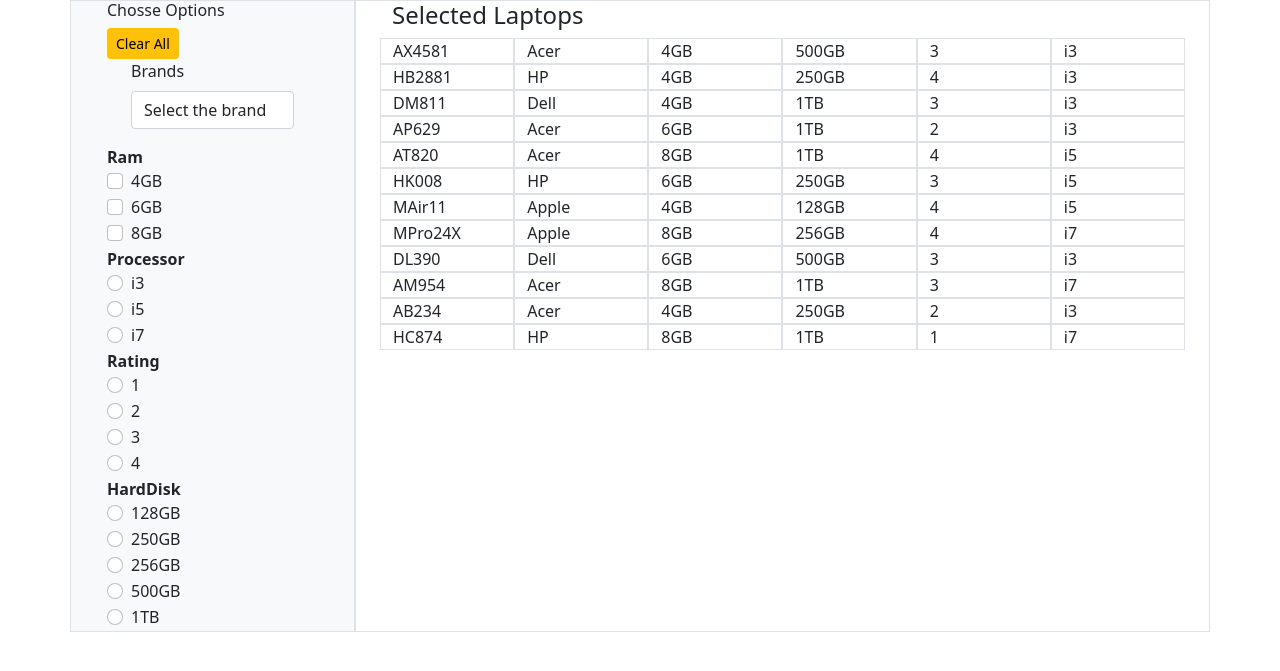
Repository: Sanjayjangra88/combo_app
Page: /
These files come from the project's save history. The page is drawn as it stood at one moment and after the next save; the edit follows.
The browser window is 1280 px wide. The pictures show the whole page.
Some web libraries are served in a nearby version. The project was rebuilt for these pictures with package versions that can differ from the ones it lists, and the page was loaded fresh each time. Also part of the build but not shown: src/App.js.

Above is the page before, as saved 2022-06-03 15:35:47.

### public/index.html
<!DOCTYPE html>
<html lang="en">
  <head>
    <meta charset "UTF-8" />
    <link rel="icon" href="%PUBLIC_URL%/favicon.ico" />
    <meta name="viewport" content="width=device-width, initial-scale=1" />
    <meta name="theme-color" content="#000000" />
    <meta
      name="description"
      content="Web site created using create-react-app"
    />
    <link rel="apple-touch-icon" href="%PUBLIC_URL%/logo192.png" />
    <!--
      manifest.json provides metadata used when your web app is installed on a
      user's mobile device or desktop. See https://developers.google.com/web/fundamentals/web-app-manifest/
    -->
    <link rel="manifest" href="%PUBLIC_URL%/manifest.json" />
    <link href="https://cdn.jsdelivr.net/npm/bootstrap@5.0.2/dist/css/bootstrap.min.css" rel="stylesheet" integrity="sha384-EVSTQN3/azprG1Anm3QDgpJLIm9Nao0Yz1ztcQTwFspd3yD65VohhpuuCOmLASjC" crossorigin="anonymous">
    <!--
      Notice the use of %PUBLIC_URL% in the tags above.
      It will be replaced with the URL of the `public` folder during the build.
      Only files inside the `public` folder can be referenced from the HTML.

      Unlike "/favicon.ico" or "favicon.ico", "%PUBLIC_URL%/favicon.ico" will
      work correctly both with client-side routing and a non-root public URL.
      Learn how to configure a non-root public URL by running `npm run build`.
    -->
    <!-- Bootstrap CSS -->
    <link rel="stylesheet" href="https://cdn.jsdelivr.net/npm/bootstrap@4.0.0/dist/css/bootstrap.min.css" integrity="sha384-Gn5384xqQ1aoWXA+058RXPxPg6fy4IWvTNh0E263XmFcJlSAwiGgFAW/dAiS6JXm" crossorigin="anonymous">

    <title>React App</title>
  </head>
  <body>
    <noscript>You need to enable JavaScript to run this app.</noscript>
    <div id="root"></div>
    <script src="https://kit.fontawesome.com/9e06ebf41f.js" crossorigin="anonymous"></script>
    <!--
      This HTML file is a template.
      If you open it directly in the browser, you will see an empty page.

      You can add webfonts, meta tags, or analytics to this file.
      The build step will place the bundled scripts into the <body> tag.

      To begin the development, run `npm start` or `yarn start`.
      To create a production bundle, use `npm run build` or `yarn build`.
    -->
    <script src="https://code.jquery.com/jquery-3.2.1.slim.min.js" integrity="sha384-KJ3o2DKtIkvYIK3UENzmM7KCkRr/rE9/Qpg6aAZGJwFDMVNA/GpGFF93hXpG5KkN" crossorigin="anonymous"></script>
    <script src="https://cdn.jsdelivr.net/npm/popper.js@1.12.9/dist/umd/popper.min.js" integrity="sha384-ApNbgh9B+Y1QKtv3Rn7W3mgPxhU9K/ScQsAP7hUibX39j7fakFPskvXusvfa0b4Q" crossorigin="anonymous"></script>
    <script src="https://cdn.jsdelivr.net/npm/bootstrap@4.0.0/dist/js/bootstrap.min.js" integrity="sha384-JZR6Spejh4U02d8jOt6vLEHfe/JQGiRRSQQxSfFWpi1MquVdAyjUar5+76PVCmYl" crossorigin="anonymous"></script>
  </body>
</html>

### src/index.js
import React from 'react';
import ReactDOM from 'react-dom';
import './index.css';
import App from './App';
import reportWebVitals from './reportWebVitals';
import 'bootstrap/dist/css/bootstrap.min.css';

import DropDown4 from './Components/dropDown4';

ReactDOM.render(
  <React.StrictMode>
    <DropDown4/>
  </React.StrictMode>,
  document.getElementById('root')
);

// If you want to start measuring performance in your app, pass a function
// to log results (for example: reportWebVitals(console.log))
// or send to an analytics endpoint. Learn more: https://bit.ly/CRA-vitals
reportWebVitals();

### src/Components/dropDown4.jsx
import React, { Component } from 'react'
import LeftPanel from './leftPanel'

export class dropDown4 extends Component {
    state={
        laptops:[
            {model:"AX4581",brand:"Acer",ram:"4GB",hardDisk:"500GB",rating:"3",processor:"i3"},
            {model:"HB2881",brand:"HP",ram:"4GB",hardDisk:"250GB",rating:"4",processor:"i3"},
            {model:"DM811",brand:"Dell",ram:"4GB",hardDisk:"1TB",rating:"3",processor:"i3"},
            {model:"AP629",brand:"Acer",ram:"6GB",hardDisk:"1TB",rating:"2",processor:"i3"},
            {model:"AT820",brand:"Acer",ram:"8GB",hardDisk:"1TB",rating:"4",processor:"i5"},
            {model:"HK008",brand:"HP",ram:"6GB",hardDisk:"250GB",rating:"3",processor:"i5"},
            {model:"MAir11",brand:"Apple",ram:"4GB",hardDisk:"128GB",rating:"4",processor:"i5"},
            {model:"MPro24X",brand:"Apple",ram:"8GB",hardDisk:"256GB",rating:"4",processor:"i7"},
            {model:"DL390",brand:"Dell",ram:"6GB",hardDisk:"500GB",rating:"3",processor:"i3"},
            {model:"AM954",brand:"Acer",ram:"8GB",hardDisk:"1TB",rating:"3",processor:"i7"},
            {model:"AB234",brand:"Acer",ram:"4GB",hardDisk:"250GB",rating:"2",processor:"i3"},
            {model:"HC874",brand:"HP",ram:"8GB",hardDisk:"1TB",rating:"1",processor:"i7"},
            ],
            optionArry:{
                brand:["Acer","HP","Dell","Apple"],
                ram:["4GB","6GB","8GB"],
                rating:["1","2","3","4"],
                processor:["i3","i5","i7"],
                hardDisk: ["128GB","250GB","256GB","500GB","1TB"]
            },
                optionSell:{
                    brand:[],
                    ram:[],
                    rating:"",
                    processor:"",
                    hardDisk:"",

                }

    }
    showLaptops=()=>{
        let s1={...this.state};
        const{laptops,optionSell}=this.state;
        const{brand,ram,processor,rating,hardDisk}=optionSell;
        const laptop1 =
        brand.length > 0
         ? laptops.filter((ele) => brand.findIndex((lt) => lt === ele.brand) >=0 )
         : laptops;

        const laptop2 =
         ram.length>0
         ? laptop1.filter((ele)=>ram.findIndex((lt)=>lt===ele.ram)>=0)
         : laptop1;

        const laptop3 =
         processor.length>0
         ? laptop2.filter((ele)=>ele.processor===processor)
         : laptop2;

        const laptop4 =
         rating.length>0
         ? laptop3.filter((ele)=>ele.rating === rating)
         : laptop3;
        const laptop5 =
         hardDisk.length>0
         ? laptop4.filter((ele)=>ele.hardDisk === hardDisk)
         : laptop4;

        return(
            <div className="container">
                <h4>Selected Laptops</h4>
                {laptop5.map((ele)=>(
                    <div className="row">
                        <div className="col-2 border">{ele.model}</div>
                        <div className="col-2 border">{ele.brand}</div>
                        <div className="col-2 border">{ele.ram}</div>
                        <div className="col-2 border">{ele.hardDisk}</div>
                        <div className="col-2 border">{ele.rating}</div>
                        <div className="col-2 border">{ele.processor}</div>
                    </div>
                ))}
            </div>
        );
         }
    remove=()=>{
     let s1={...this.state};
     s1.optionSell= {
        brand:[],
        ram:[],
        rating:"",
        processor:"",
        hardDisk:"",
    }
    this.setState(s1)
    }
    handelChangeOptions=(optionSell)=>{
        let s1={...this.state};
        s1.optionSell= optionSell
        this.setState(s1)
     }
  render() {
      const{optionArry,optionSell}=this.state;
      const{brand,hardDisk}=optionSell;
      console.log(brand);
    return (
      <div className='container'>
          <div className="row">
              <div className="col-3 border bg-light">
                  <LeftPanel optionArry={optionArry}optionSell={optionSell}onChangeOptions={this.handelChangeOptions}remove={this.remove}brand={brand}/>
              </div>
              <div className="col-9 border">{this.showLaptops()}</div>
          </div>
      </div>
    )
  }
}

export default dropDown4

### src/App.css
*{
  margin: 0;
  padding: 0;
}
.slidebar{
  position: absolute;
  background-color: rgb(168, 165, 165);
  height: 100vh;
  width: 30vh;
  margin-right: 5px;
  transition: transform 0.3s ease-in;


}
.slidebar  li a{
  text-decoration: none;
  color:white;
}
.slidebar  li{
  list-style: none;
  font-size: 20px;
  padding: 13px 0;
  color:white;
}
.box{
  margin-left: 32vh;
}
div.d-flex.justify-content-between{
  margin-left: 30vh;
}

.th1{
  background-color: black;
  color: white;
  border: 1px solid black;
  text-align: center;
  padding-left: 15px;
  padding-right: 15px;
}
.col1 {
  border: 1px solid black;
  text-align: center;
  padding-left: 15px;
  padding-right: 15px;
}

### src/Components/leftPanel.jsx
import React, { Component } from 'react'

export class leftPanel extends Component {

  render() {
      const{optionArry,optionSell,remove,brand}=this.props;

    //   console.log(optionSell)
    return (
      <div className='container'>
          <h6>Chosse Options</h6>
          <button className="btn btn-warning btn-sm" onClick={remove}>Clear All</button><br/>


          {/* <React.Fragment> */}
              <div className="container">
                      <div className="form-group">
          <label>Brands</label>

          <select className="form-control"name="brand"id="brand"value={brand}onChange={this.handelChange}>
        <option disabled value="">Select the brand</option>
        {optionArry.brand.map((ele)=><option>{ele}</option>)}
          </select>
          </div>
              </div>
          {/* </React.Fragment> */}




          {/* {this.showCheckBoxes("Brands",optionArry.brand,"brand",optionSell.brand)} */}
          {this.showCheckBoxes("Ram",optionArry.ram,"ram",optionSell.ram)}
          {this.showRadios("Processor",optionArry.processor,"processor",optionSell.processor)}
          {this.showRadios("Rating",optionArry.rating,"rating",optionSell.rating)}
          {this.showRadios("HardDisk",optionArry.hardDisk,"hardDisk",optionSell.hardDisk)}
      </div>
    )
  }
  handelChange=(e)=>{
      let s1={ ...this.props.optionSell };
      let s2={ ...this.props.brand };
      const{ currentTarget: input }=e;
      input.name==="brand"
      ? (s1.brand = this.upDateCBs(input.checked,input.value,s1.brand))
      : input.name === "ram"
      ? (s1.ram = this.upDateCBs(input.checked,input.value,s1.ram))
      : (s1[input.name] = input.value);
     s1.brand[input.name] = input.value;
      this.props.onChangeOptions(s1);
  }
  upDateCBs=(checked,value,arr)=>{
      if(checked) arr.push(value)
      else{
          let index = arr.findIndex((ele)=>ele===value);
          if(index>=0) arr.splice(index,1);
      }
      return arr;

  }
  showCheckBoxes=(label,arr,name,selArr)=>{
      return(
          <React.Fragment>
              <label className='form-check-label font-weight-bold'>{label}</label>
              {arr.map((ele,index)=>(
                  <div className="form-check">
                      <input
                       className='form-check-input'
                       value={ele}
                       type="checkbox"
                       name={name}
                       checked={selArr.findIndex((st)=>st===ele)>=0}
                       onChange={this.handelChange}
                      />
                      <label className='form-check-label'>{ele}</label>
                  </div>
              ))}
          </React.Fragment>
      )
  }
  showRadios=(label,arr,name,selVal)=>{
      return(
          <React.Fragment>
                 <label className="form-check-label font-weight-bold">{label}</label><br/>
                {arr.map((ele)=>(
                     <div className="form-check ">
                     <input
                     className="form-check-input"
                     type="radio"
                     name={name}
                     value={ele}
                     checked={selVal===ele}
                     onChange={this.handelChange}/>
                     <label className="form-check-label">{ele}</label>
                 </div>
                ))}
          </React.Fragment>
      )
  }

}

export default leftPanel

### src/Components/dropDown5.jsx
import React, { Component } from 'react'

export class dropdown5 extends Component {
    state={
        // persons:{experience:""},
        persons:{experience:""},
        experiences:[
            "Fresher",
            "0-1 years",
            "1-3 years",
            "3-5 years",
            "5+ years"
        ],
        manager:{name:""},
        managers:[
            "Meg Smith","Bill Watson","Tim Gates","George Cook","Larry Gomes"
        ],
        servers: ["Development","Deployment","Alpha Test","Beta Test","BackUp"]
    }
    handelChange=(e)=>{
        const{currentTarget:input}=e;
        let s1={...this.state};
        input.type==="checkbox"
        ? input.name==="server" ? (s1.persons.server = this.updateCBs(input.checked,input.value,s1.persons.server))
            :(s1.persons[input.name]=input.checked)
            :(s1.persons[input.name]=input.value);
        s1.manager[input.name] = input.value;

        this.setState(s1);


    }
    updateCBs=(checked,value,arr)=>{
        if(checked)
            arr.push(value);

        else{
            let index = arr.findIndex((ele) =>ele === value);
            if(index >= 0) arr.splice(index,1);
        }
        return arr;

    }
  render() {
      const{experience,server}=this.state.persons;
      const{experiences}=this.state;
      const{name}=this.state.manager;
      const{managers,servers}=this.state;

    return (
      <div className='container'>
          <div className="form-group">
          <label>Experience</label>
          <select className="form-control"name="experience"id="experience"value={experience}onChange={this.handelChange}>
        <option disabled value="">Select the Experience</option>
        {experiences.map((ele)=><option>{ele}</option>)}
          </select>
          </div>
          {/* <label className="form-check-label font-weight-bold">Select Name</label>
          {managers.map((ele)=>(
              <div className="form-check">
                  <input
                  className='form-check-input'
                  type="radio"
                  name="name"
                  value={ele}
                  checked={name===ele}
                  onChange={this.handelChange}/>
                  <label className="form-check-label">{ele}</label>
              </div>
          ))} */}
           {/* <label className='form-check-label font-weight-bold'>Server</label>
              {servers.map((ele,index)=>(
                  <div className="form-check">
                      <input
                       className='form-check-input'
                       value={ele}
                       type="checkbox"
                       name="server"
                       checked={server.findIndex((st)=>st===ele)>=0}
                       onChange={this.handelChange}
                      />
                      <label className='form-check-label'>{ele}</label>
                  </div>
              ))} */}

      </div>
    )
  }
}

export default dropdown5

Loaded but not shown: src/index.css (common file); src/reportWebVitals.js (common file)

After the next save:
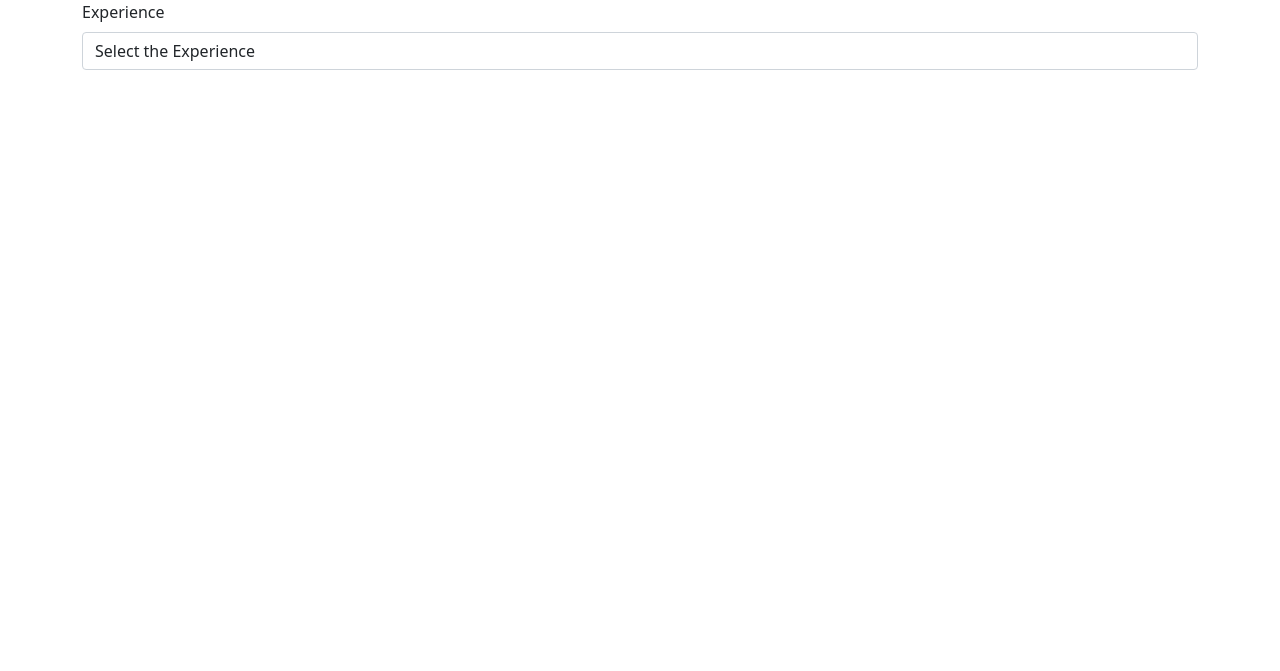
Saved 8 min 9 s later.
--- a/src/index.js
+++ b/src/index.js
@@ -5,11 +5,11 @@
 import reportWebVitals from './reportWebVitals';
 import 'bootstrap/dist/css/bootstrap.min.css';
 
-import DropDown4 from './Components/dropDown4';
+import DropDown5 from './Components/dropDown5';
 
 ReactDOM.render(
   <React.StrictMode>
-    <DropDown4/>
+    <DropDown5/>
   </React.StrictMode>,
   document.getElementById('root')
 );

After the 3 saves that followed:
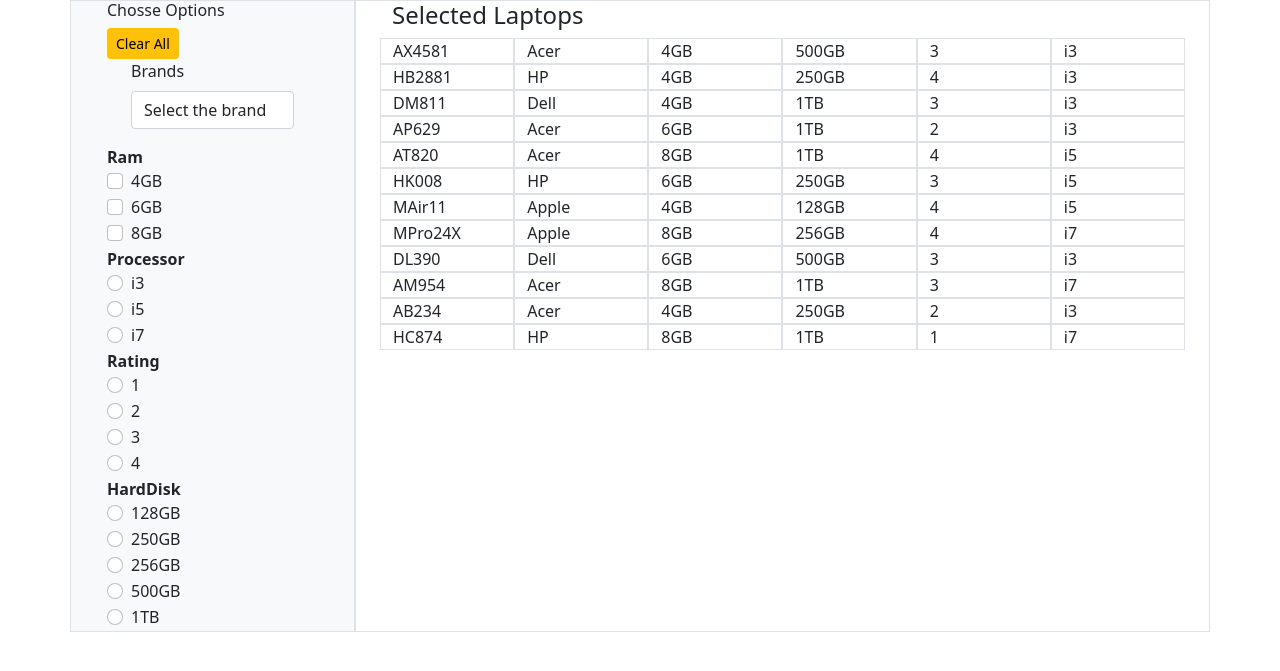
The 3 saves are shown as one change because 2 left the picture as it was.
The last was saved 10 min 1 s later.
--- a/src/index.js
+++ b/src/index.js
@@ -5,11 +5,11 @@
 import reportWebVitals from './reportWebVitals';
 import 'bootstrap/dist/css/bootstrap.min.css';
 
-import DropDown5 from './Components/dropDown5';
+import DropDown4 from './Components/dropDown4';
 
 ReactDOM.render(
   <React.StrictMode>
-    <DropDown5/>
+    <DropDown4/>
   </React.StrictMode>,
   document.getElementById('root')
 );
--- a/src/Components/dropDown4.jsx
+++ b/src/Components/dropDown4.jsx
@@ -97,7 +97,7 @@ export class dropDown4 extends Component {
   render() {
       const{optionArry,optionSell}=this.state;
       const{brand,hardDisk}=optionSell;
-      console.log(brand);
+    //   console.log(brand);
     return (
       <div className='container'>
           <div className="row">
--- a/src/Components/leftPanel.jsx
+++ b/src/Components/leftPanel.jsx
@@ -4,6 +4,7 @@ export class leftPanel extends Component {
 
   render() {
       const{optionArry,optionSell,remove,brand}=this.props;
+      console.log(brand);
 
     //   console.log(optionSell)
     return (
